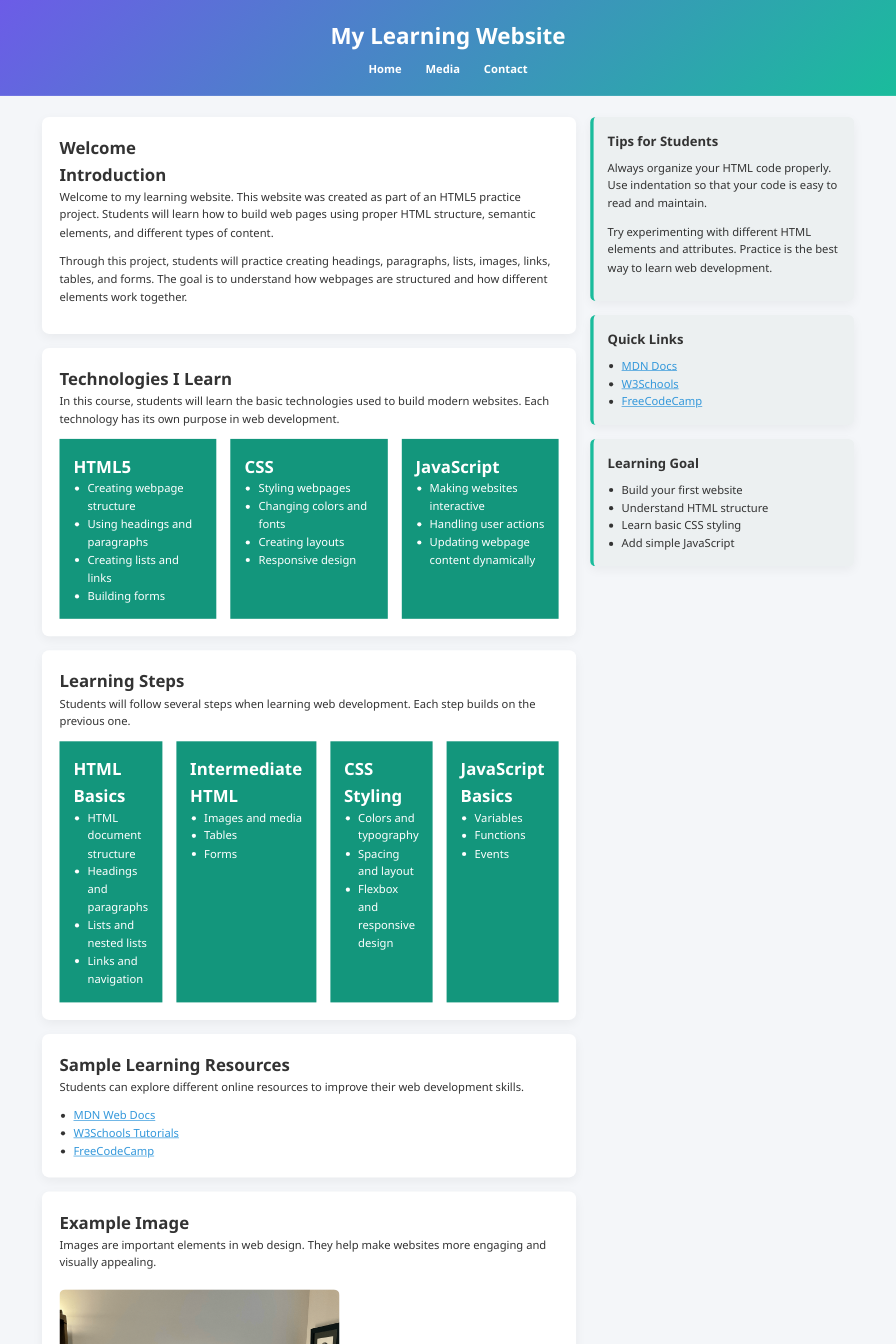
Repository: Than-sothearak/web_client_programing
Page: Week_03/index.html
These files come from the project's save history. The page is drawn as it stood at one moment and after the next save; the edit follows.
The browser window is 1280 px wide. The pictures show the part of the page from y = 0 to 1920 px (the page is 2672 px tall before and 2880 px after), at 70% of full size.

Above is the page before, as saved 2026-03-24 22:29:11.

After the next save:
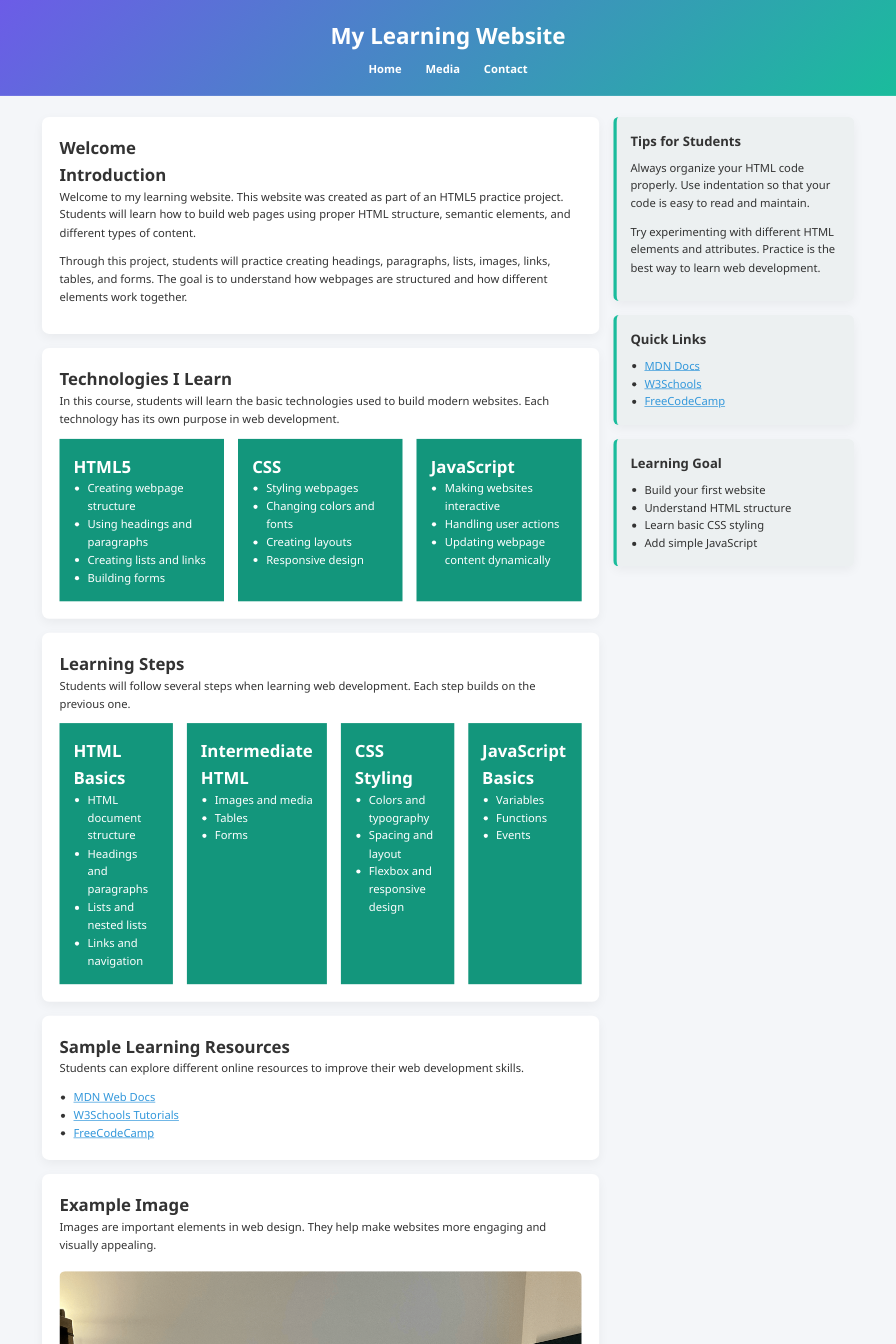
Saved 7 s later.
--- a/Week_03/styles.css
+++ b/Week_03/styles.css
@@ -133,7 +133,7 @@
 /* Image styling */
 
 img {
-  max-width: 100%;
+  width: 100%;
   height: auto;
   border-radius: 8px;
   margin-top: 10px;

After the save that followed:
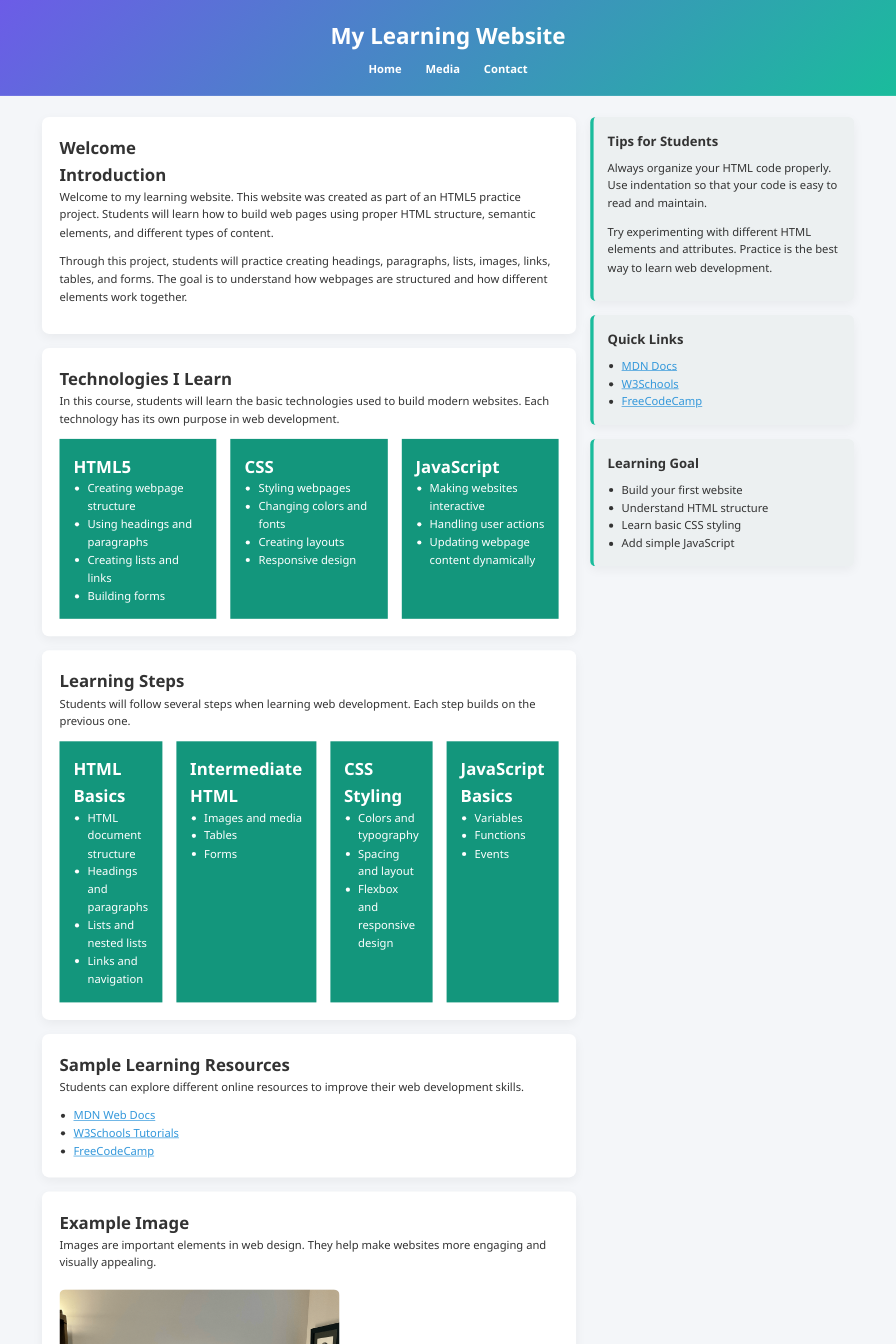
Saved 7 s later.
--- a/Week_03/styles.css
+++ b/Week_03/styles.css
@@ -133,7 +133,7 @@
 /* Image styling */
 
 img {
-  width: 100%;
+  max-width: 100%;
   height: auto;
   border-radius: 8px;
   margin-top: 10px;
